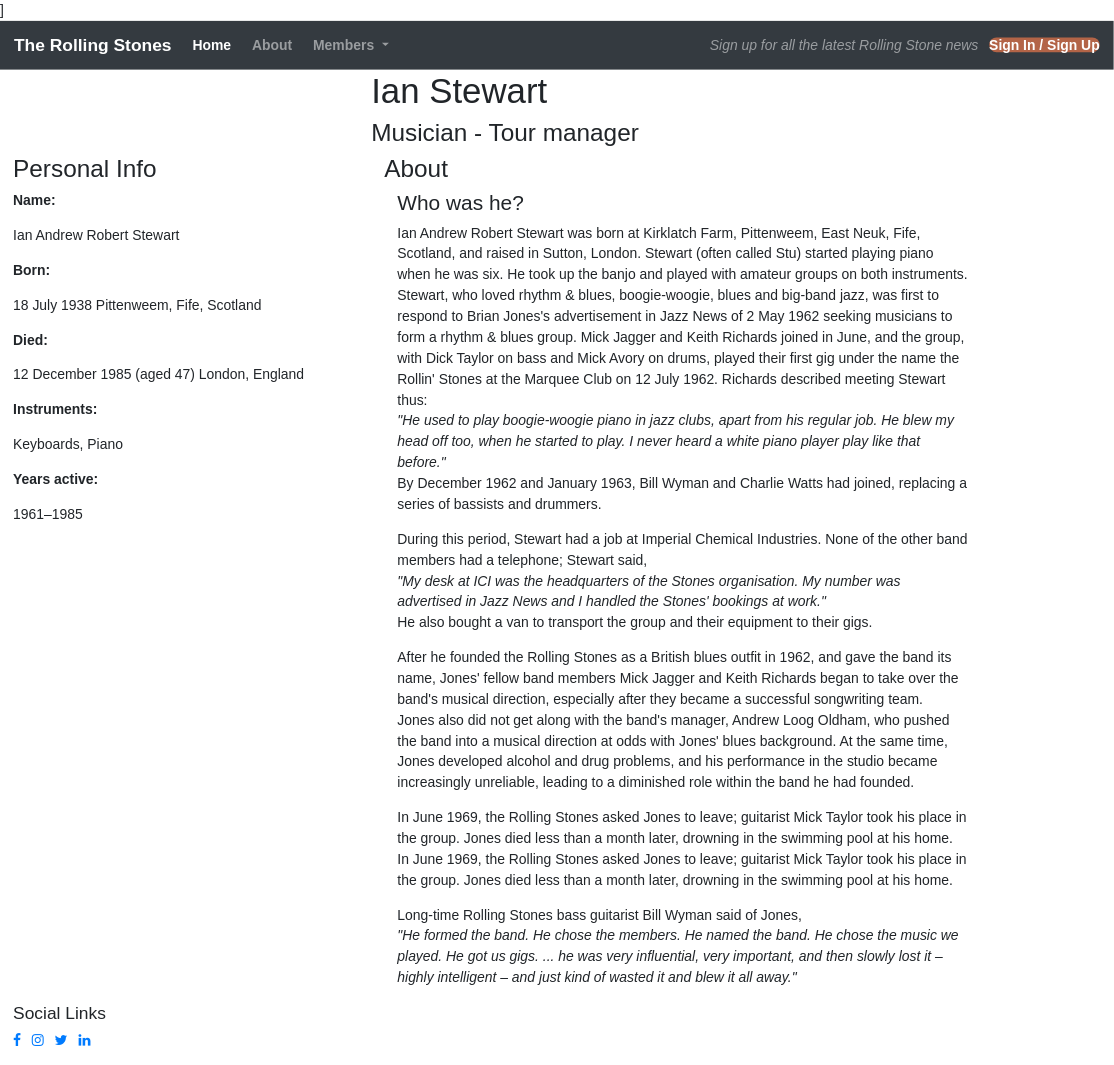
Repository: TecDruid/rolling-stones-fan-site
Page: ian-stewart.html
The author's editor kept a record of every edit. The page is drawn from the files as they stood at one moment, then again after the next edit.
The browser window is 1280 px wide. The pictures show the whole page, at 87% of full size.
Some web fonts or font styles are not loaded; a fallback is used. Some web libraries are served in a nearby version.

Above is the page before.

After the next edit:
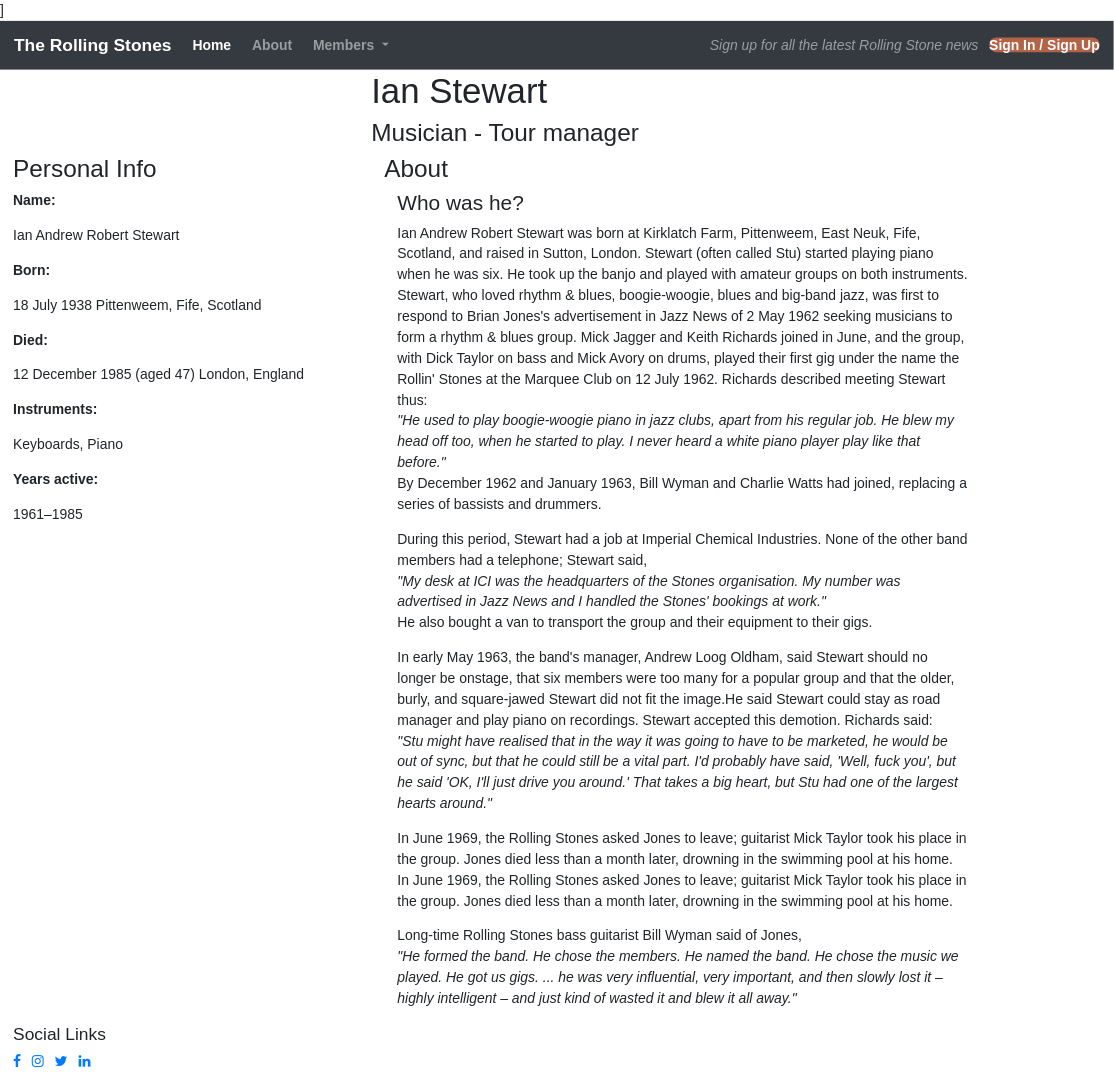
The edit:
--- a/ian-stewart.html
+++ b/ian-stewart.html
@@ -164,10 +164,7 @@
                         During this period, Stewart had a job at Imperial Chemical Industries. None of the other band members had a telephone; Stewart said, <br/><i>"My desk at ICI was the headquarters of the Stones organisation. My number was advertised in Jazz News and I handled the Stones' bookings at work."</i> <br/>He also bought a van to transport the group and their equipment to their gigs.
                     </p>
                     <p>
-                        After he founded the Rolling Stones as a British blues outfit in 1962, and gave the band its name, Jones' fellow band members Mick Jagger and Keith Richards began to take over the band's musical direction, especially after they became a successful songwriting
-                        team.
-                        <br/> Jones also did not get along with the band's manager, Andrew Loog Oldham, who pushed the band into a musical direction at odds with Jones' blues background. At the same time, Jones developed alcohol and drug problems, and
-                        his performance in the studio became increasingly unreliable, leading to a diminished role within the band he had founded.
+                        In early May 1963, the band's manager, Andrew Loog Oldham, said Stewart should no longer be onstage, that six members were too many for a popular group and that the older, burly, and square-jawed Stewart did not fit the image.He said Stewart could stay as road manager and play piano on recordings. Stewart accepted this demotion. Richards said: <br/> <i>"Stu might have realised that in the way it was going to have to be marketed, he would be out of sync, but that he could still be a vital part. I'd probably have said, 'Well, fuck you', but he said 'OK, I'll just drive you around.' That takes a big heart, but Stu had one of the largest hearts around."</i>
                     </p>
                     <p>
                         In June 1969, the Rolling Stones asked Jones to leave; guitarist Mick Taylor took his place in the group. Jones died less than a month later, drowning in the swimming pool at his home. In June 1969, the Rolling Stones asked Jones to leave; guitarist Mick
